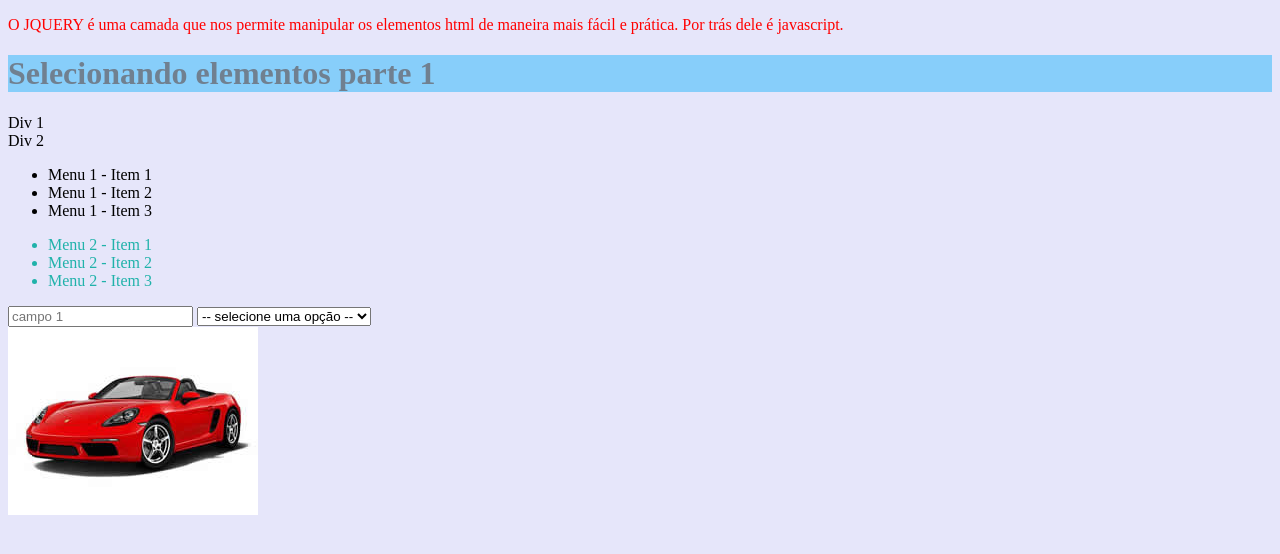
Repository: 2001mariana/jquery
Page: select-elements-part1.html
The author's editor kept a copy of each file at every save. The page is drawn from the files as they stood at one save, then again after the next save.
The browser window is 1280 px wide. The pictures show the whole page.

Above is the page before, as saved 2022-07-26 17:23:59.

### select-elements-part1.html
<!DOCTYPE html>
<html>
<head>
    <meta charset='utf-8'>
    <meta http-equiv='X-UA-Compatible' content='IE=edge'>
    <title>Parte 1- select elements</title>
    <meta name='viewport' content='width=device-width, initial-scale=1'>
    <!-- <link rel='stylesheet' type='text/css' media='screen' href='main.css'> -->
    <!-- <script src='main.js'></script> -->
    <script src="https://code.jquery.com/jquery-3.6.0.min.js" integrity="sha256-/xUj+3OJU5yExlq6GSYGSHk7tPXikynS7ogEvDej/m4=" crossorigin="anonymous"></script>
</head>
<body style="background-color: #E6E6FA;">
    <p>O JQUERY é uma camada que nos permite manipular os elementos html de maneira mais fácil e prática. Por trás dele é javascript.</p>

    <h1 class="diversos2">Selecionando elementos parte 1</h1>

		<div>Div 1</div>
		<div class="diversos1">Div 2</div>

		<ul id="menu1">
			<li>Menu 1 - Item 1</li>
			<li class="diversos1">Menu 1 - Item 2</li>
			<li>Menu 1 - Item 3</li>
		</ul>

		<ul>
			<li class="itemMenu2">Menu 2 - Item 1</li>
			<li class="itemMenu2">Menu 2 - Item 2</li>
			<li class="itemMenu2">Menu 2 - Item 3</li>
		</ul>

		<input type="text" placeholder="campo 1" />

		<select class="diversos1">
			<option>-- selecione uma opção --</option>
			<option>opção 1</option>
			<option>opção 2</option>
		</select>

		<br />

		<img src="carro.jpg" class="diversos2" id="imagem" />
</body>
<script>
console.log($('p'))
console.log($('.diversos2'))
console.log($('#menu1'))

    //$("p").css("color", "#B22222")
    $("p").css("color", "red")
    $('h1').css("background-color", "#87CEFA")
    $('h1').css("color", "	#708090")
    $('.itemMenu2').css("color", "#20B2AA")

</script>
</html>

After the next save:
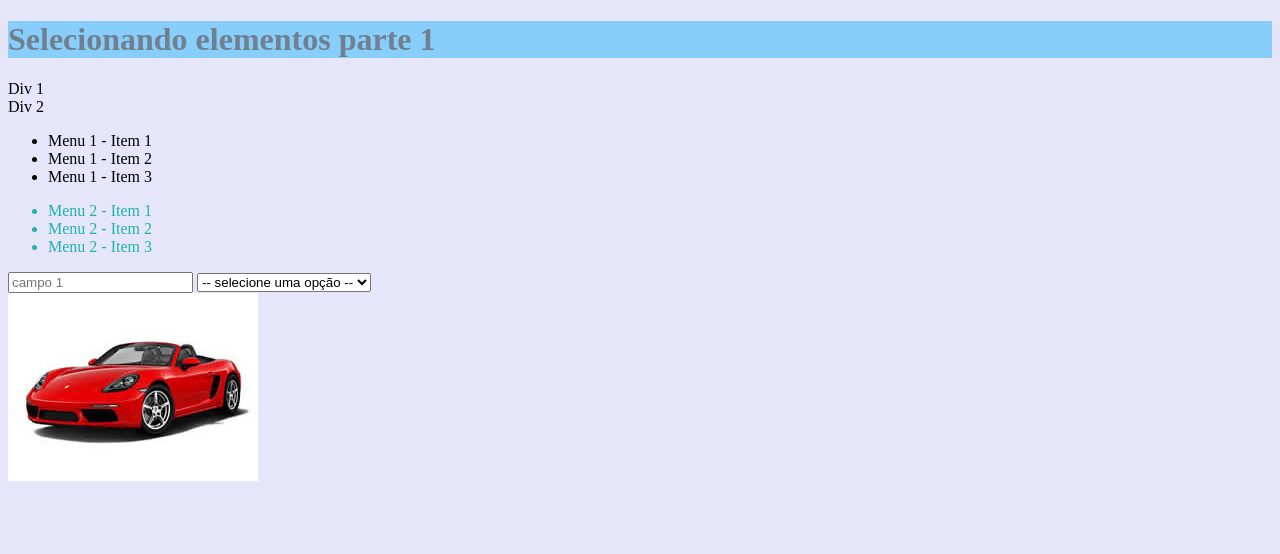
Saved 30 s later.
--- a/select-elements-part1.html
+++ b/select-elements-part1.html
@@ -10,7 +10,6 @@
     <script src="https://code.jquery.com/jquery-3.6.0.min.js" integrity="sha256-/xUj+3OJU5yExlq6GSYGSHk7tPXikynS7ogEvDej/m4=" crossorigin="anonymous"></script>
 </head>
 <body style="background-color: #E6E6FA;">
-    <p>O JQUERY é uma camada que nos permite manipular os elementos html de maneira mais fácil e prática. Por trás dele é javascript.</p>
 
     <h1 class="diversos2">Selecionando elementos parte 1</h1>
 
